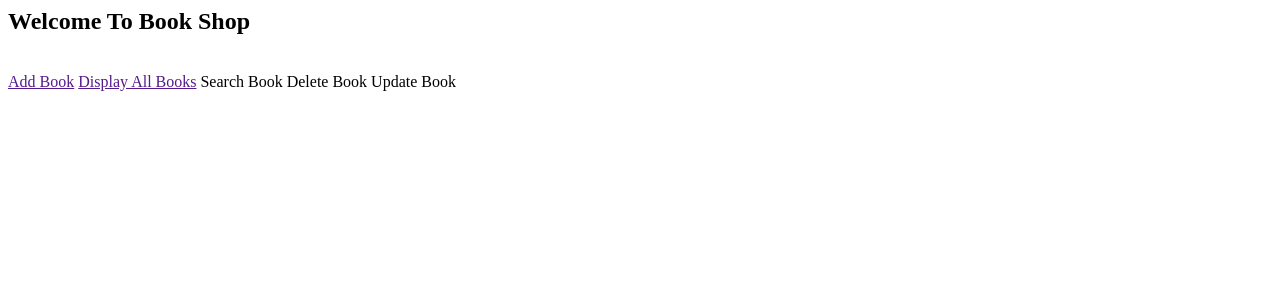
Repository: Bhakti-Belan/Web_Based_Java_Assignment
Page: http://localhost/Online_Bookshop/
These files come from the project's save history. The page is drawn as it stood at one moment and after the next save; the edit follows.
The browser window is 1280 px wide. The pictures show the whole page.
The page is served by Tomcat 10. Other server files are loaded and not shown.

Above is the page before, as saved 2025-04-24 09:24:50.

### Online_Bookshop/src/main/webapp/index.jsp
<html>
<body>
<h2>Welcome To Book Shop</h2>
<br>
<a href="">Add Book</a>
<a href="">Display All Books</a>
<a>Search Book</a>
<a>Delete Book</a>
<a>Update Book</a>
</body>
</html>

After the next save:
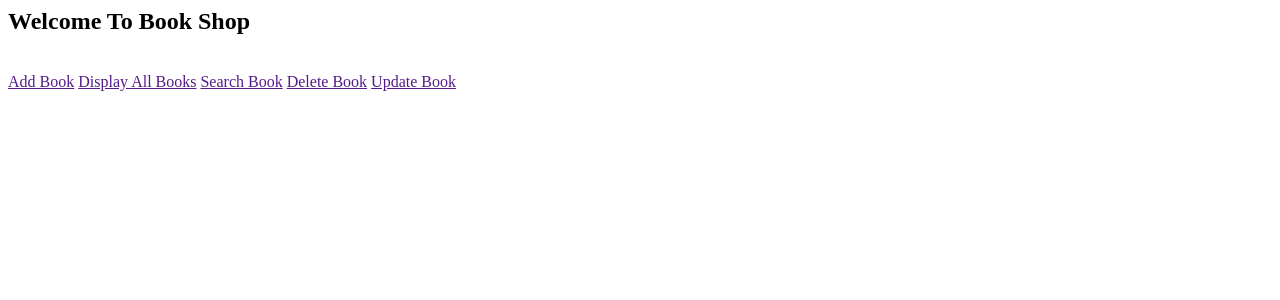
Saved 21 s later.
--- a/Online_Bookshop/src/main/webapp/index.jsp
+++ b/Online_Bookshop/src/main/webapp/index.jsp
@@ -4,8 +4,8 @@
 <br>
 <a href="">Add Book</a>
 <a href="">Display All Books</a>
-<a>Search Book</a>
-<a>Delete Book</a>
-<a>Update Book</a>
+<a href="">Search Book</a>
+<a href="">Delete Book</a>
+<a href="">Update Book</a>
 </body>
 </html>
